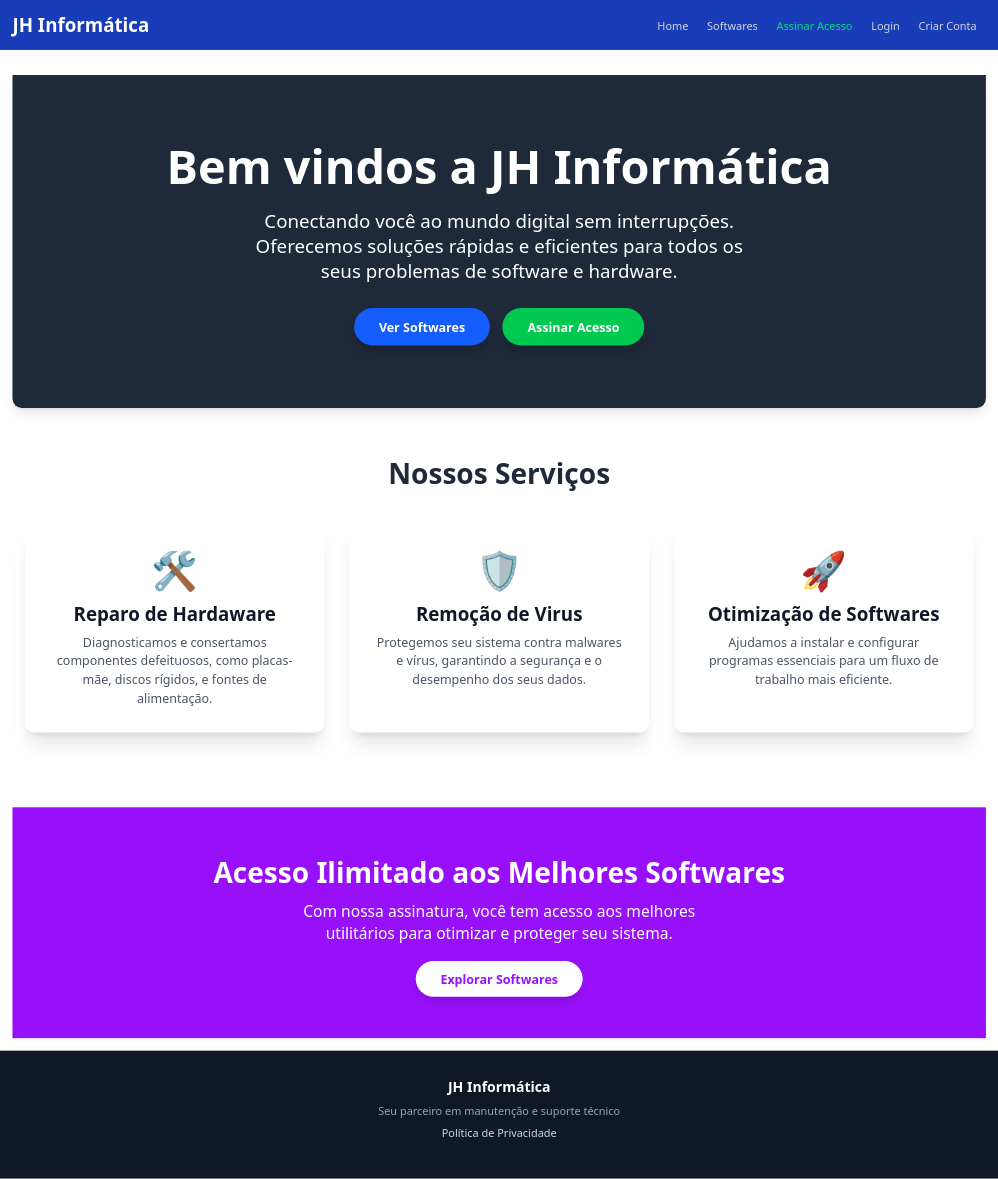
Repository: estevam02009/jh-info
Page: / (app in frontend/)
An editor plug-in stored every save of this project. The page is shown before and after the next save, followed by the edit.
The browser window is 1280 px wide. The pictures show the whole page, at 78% of full size.
The project was rebuilt for these pictures with package versions that can differ from the ones it lists, and the page was loaded fresh each time. Also part of the build but not shown: frontend/src/pages/Login.jsx, frontend/src/pages/Register.jsx, frontend/src/pages/Dashboard.jsx, frontend/src/components/ProtectedRoute.jsx, frontend/src/pages/SoftwareList.jsx, frontend/src/pages/SoftwareDetails.jsx, frontend/src/pages/SoftwareManagement.jsx, frontend/src/pages/PaymentPage.jsx and 1 more.

Above is the page before, as saved 2025-07-13 13:53:42.

After the next save:
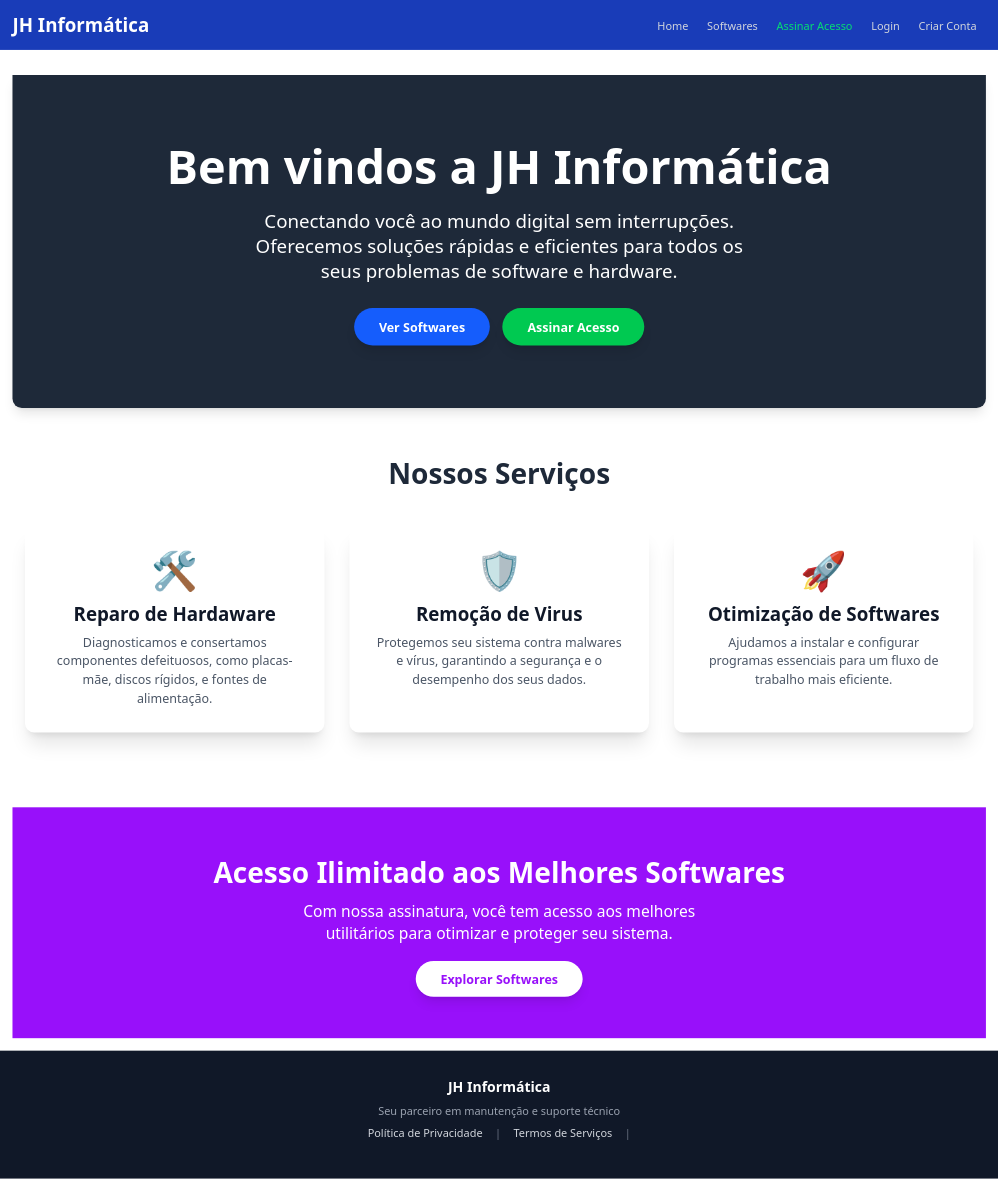
Saved 2 min 3 s later.
--- a/frontend/src/App.jsx
+++ b/frontend/src/App.jsx
@@ -93,6 +93,9 @@ const App = () => {
                     <p className='text-sm text-gray-400 mb-2'>Seu parceiro em manutenção e suporte técnico</p>
                     <div className="flex justify-center space-x-4 mb-4">
                         <Link to="/privacy" className="text-gray-300 hover:text-white text-sm">Política de Privacidade</Link>
+                        <span className="text-gray-500 text-sm">|</span>
+                        <Link to="/terms" className="text-gray-300 hover:text-white text-sm">Termos de Serviços</Link>
+                        <span className="text-gray-500 text-sm">|</span>
                     </div>
                 </div>
             </footer>
